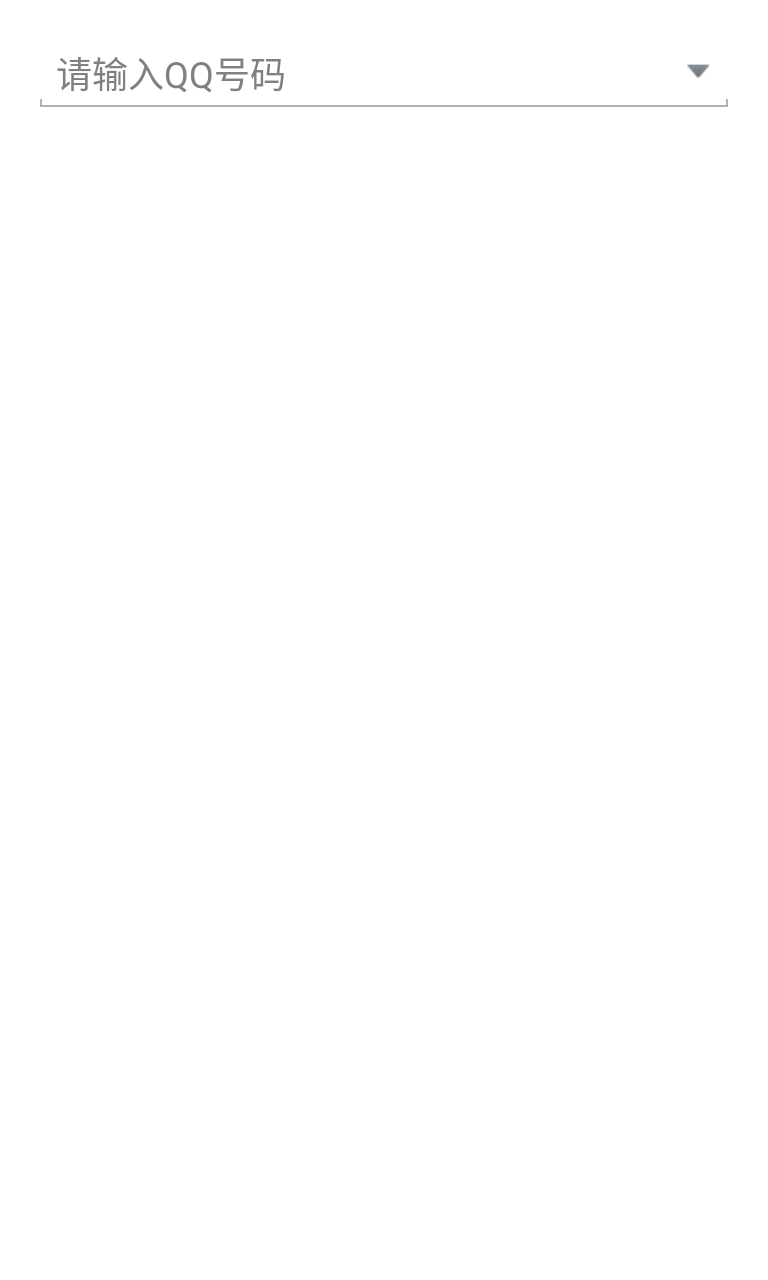
Repository: xfhy/Usually-learn-Android
Layout: 自定义控件/04_下拉选择框/res/layout/activity_main.xml
An editor plug-in stored every save of this project. The layout is shown before and after the next save, followed by the edit.
It is drawn on a 768 x 1280 px phone screen (xhdpi) without system bars, with theme AppTheme; the app's code is not run. The app's manifest (not shown) leaves right-to-left support off. So textAlignment, textDirection and layoutDirection are ignored, and left and right values win over start and end ones.

Above is the layout before, as saved 2017-03-30 02:48:21.

After the next save:
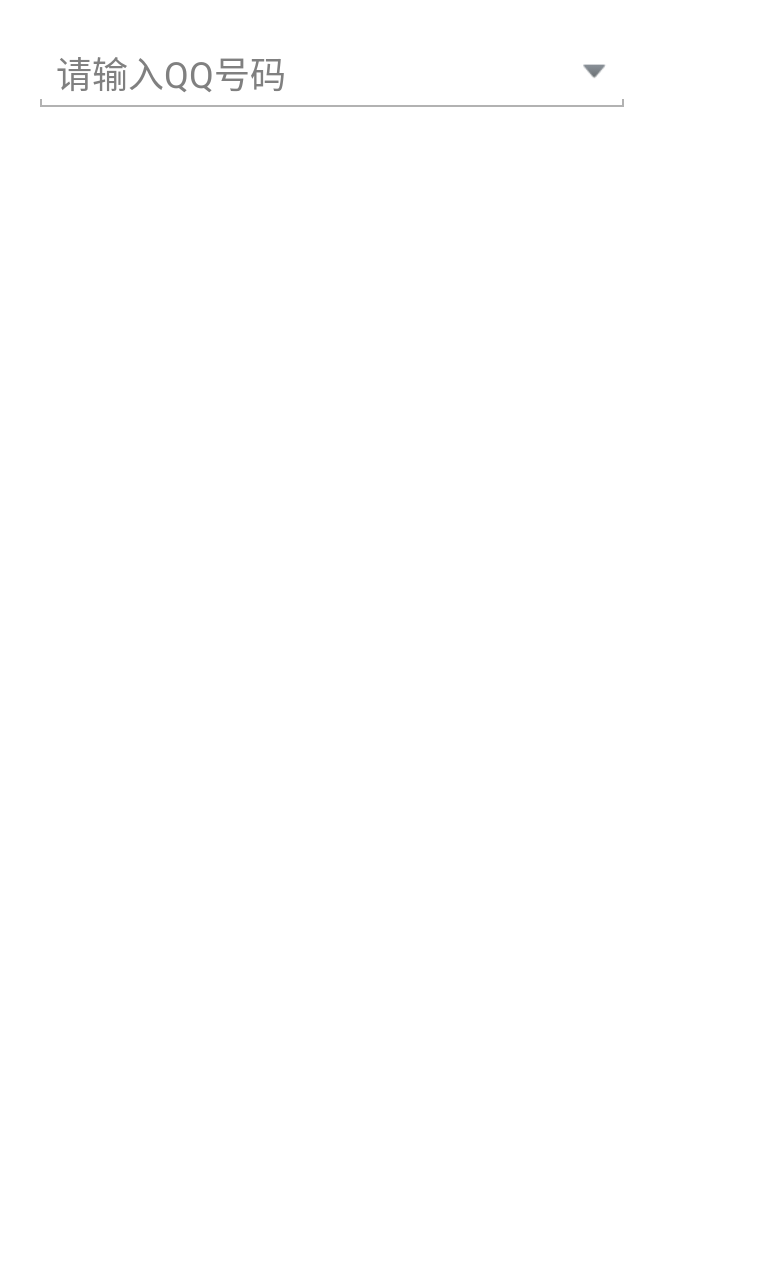
Saved 75 s later.
--- a/自定义控件/04_下拉选择框/res/layout/activity_main.xml
+++ b/自定义控件/04_下拉选择框/res/layout/activity_main.xml
@@ -9,7 +9,7 @@
     tools:context="com.xfhy.popupwindow.MainActivity$PlaceholderFragment" >
 
     <RelativeLayout
-        android:layout_width="400dp"
+        android:layout_width="300dp"
         android:layout_height="wrap_content" >
 
         <EditText
